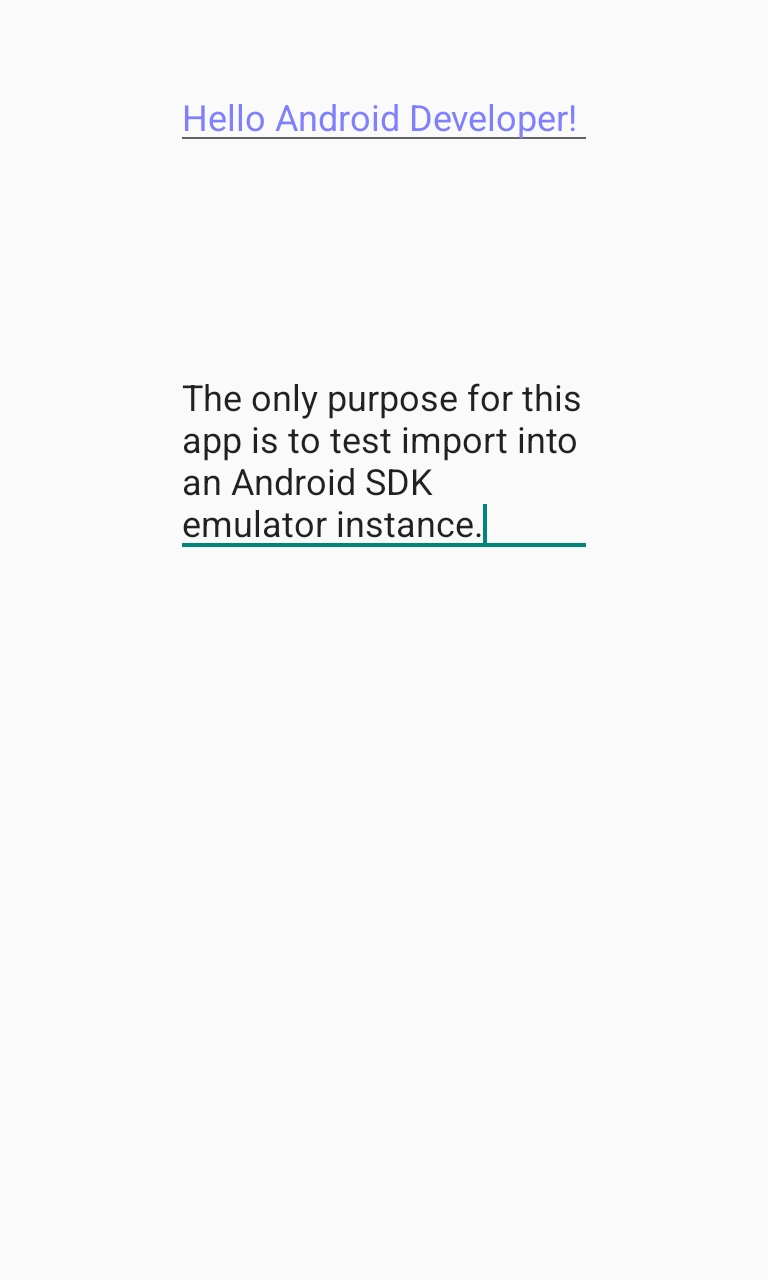
Repository: hdemby/workspace
Layout: TestApp/res/layout/activity_main.xml
An editor plug-in stored every save of this project. The layout is shown before and after the next save, followed by the edit.
It is drawn on a 768 x 1280 px phone screen (xhdpi) without system bars, with theme AppTheme; the app's code is not run.

Above is the layout before, as saved 2014-11-13 18:21:03.

After the next save:
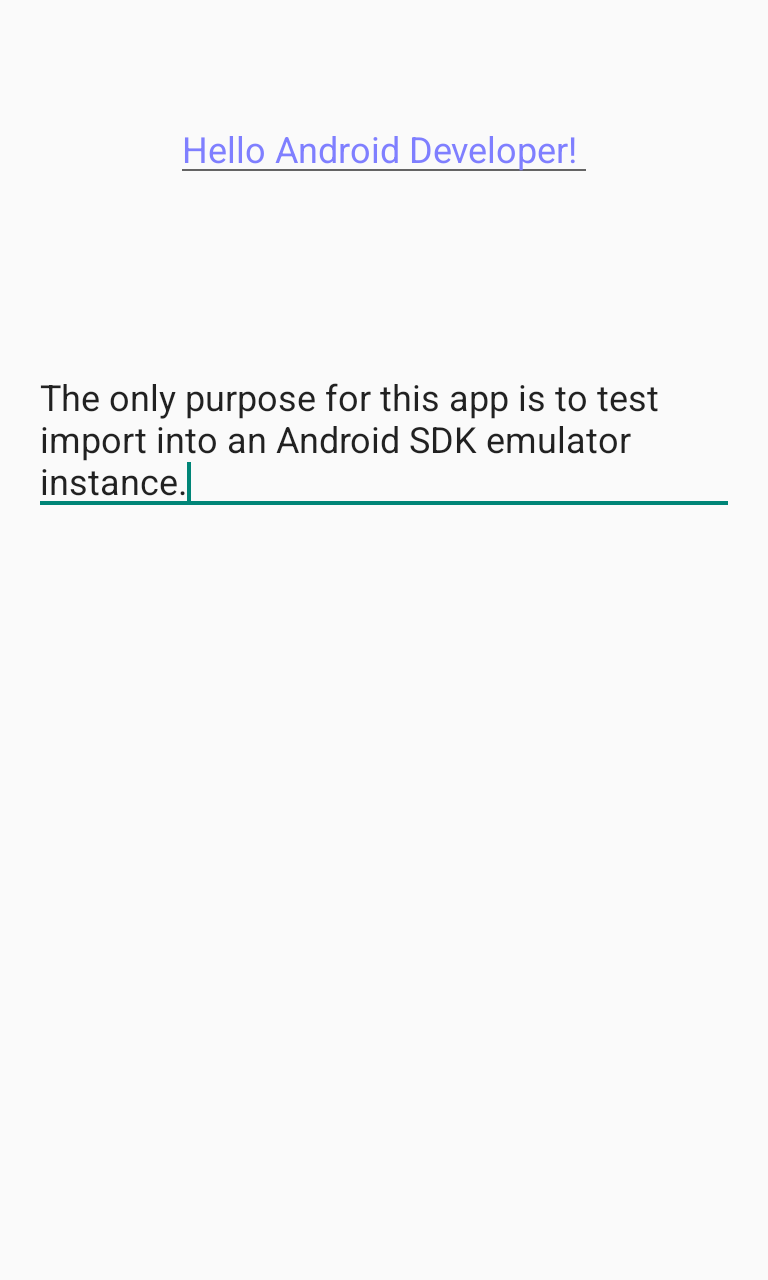
Saved 2 min 30 s later.
--- a/TestApp/res/layout/activity_main.xml
+++ b/TestApp/res/layout/activity_main.xml
@@ -10,7 +10,7 @@
 
     <EditText
         android:id="@+id/editText1"
-        android:layout_width="wrap_content"
+        android:layout_width="match_parent"
         android:layout_height="wrap_content"
         android:layout_centerHorizontal="true"
         android:layout_marginTop="160dp"
@@ -26,9 +26,9 @@
         android:id="@+id/editText2"
         android:layout_width="wrap_content"
         android:layout_height="wrap_content"
-        android:layout_alignLeft="@+id/editText1"
         android:layout_alignParentTop="true"
-        android:layout_marginTop="20dp"
+        android:layout_centerHorizontal="true"
+        android:layout_marginTop="36dp"
         android:contentDescription="@string/app_name"
         android:ems="10"
         android:inputType="text"
